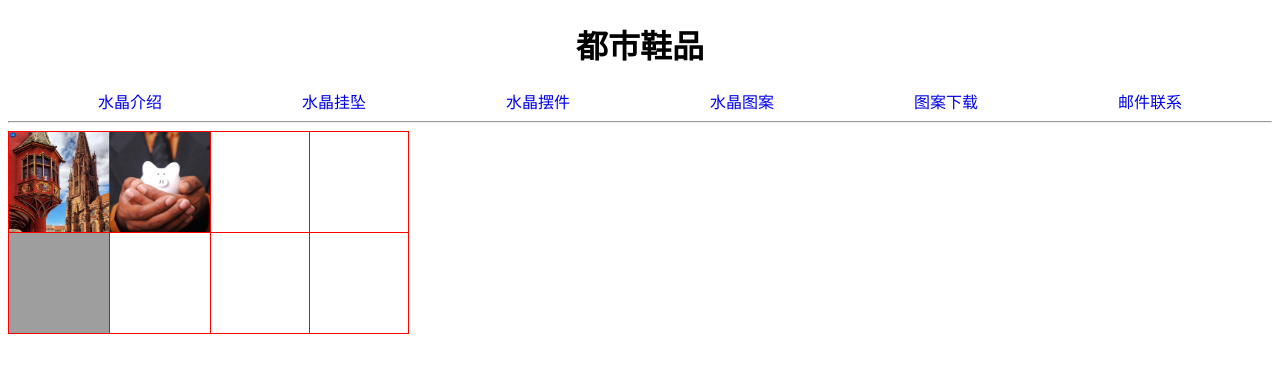
Repository: kirtonew/Compeititon2022-1
Page: node/新媒体设计/1.4/test2.html
These files come from the project's save history. The page is drawn as it stood at one moment and after the next save; the edit follows.
The browser window is 1280 px wide. The pictures show the whole page.
Pictures or frames that could not be fetched are drawn as grey boxes.

Above is the page before, as saved 2022-09-05 15:49:11.

After the next save:
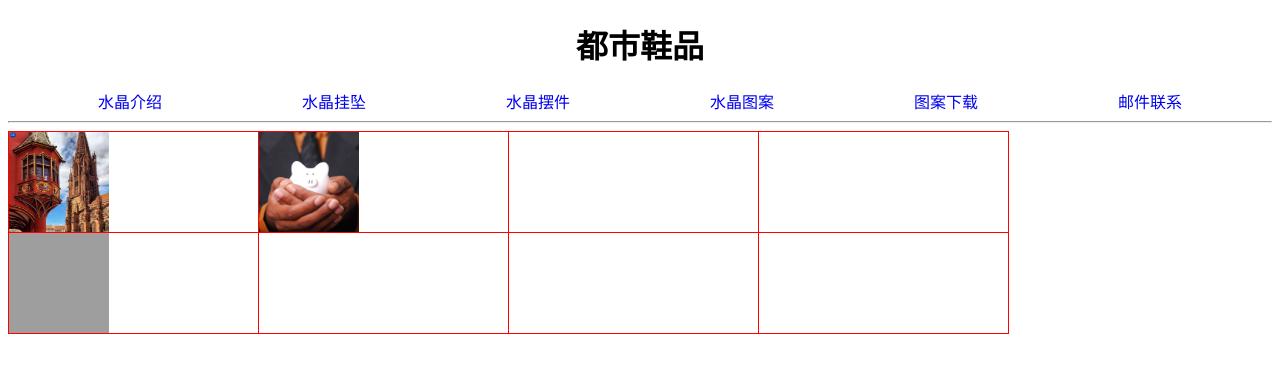
Saved 13 s later.
--- a/node/新媒体设计/1.4/1.css
+++ b/node/新媒体设计/1.4/1.css
@@ -14,7 +14,7 @@ a{
 .table{
     display: table;
     border-collapse: collapse;
-    width: 400px;
+    width: 1000px;
     height: 200px;
 }
 .tr{
